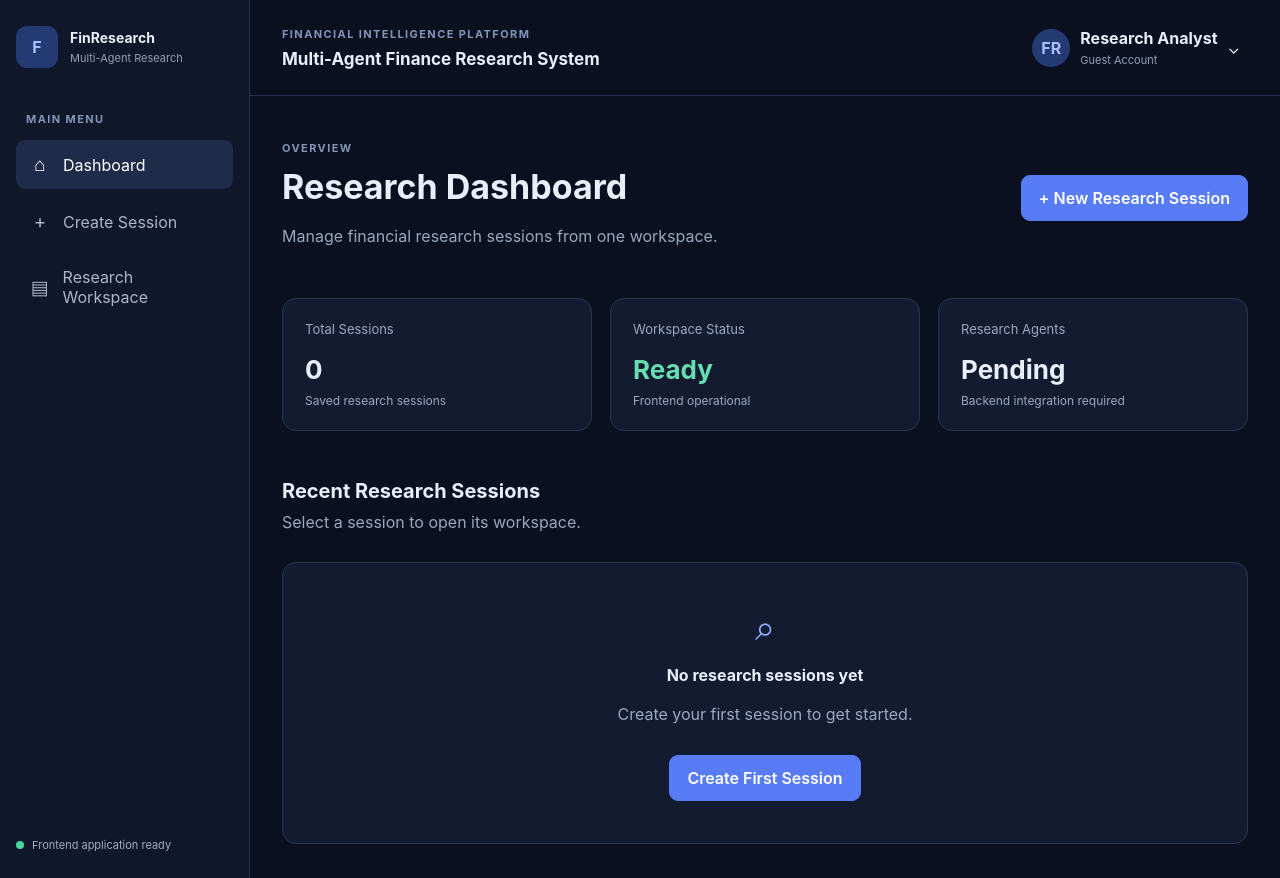
Repository: Divija538/multi-agent-financial-research-system
Page: /
The author's editor kept a copy of each file at every save. The page is drawn from the files as they stood at one save, then again after the next save.
The browser window is 1280 px wide. The pictures show the whole page.
The project was rebuilt for these pictures with package versions that can differ from the ones it lists, and the page was loaded fresh each time. Also part of the build but not shown: src/components/SessionCard.jsx, src/pages/CreateSession.jsx, src/pages/ResearchWorkspace.jsx.

Above is the page before, as saved 2026-10-15 16:54:13.

After the next save:
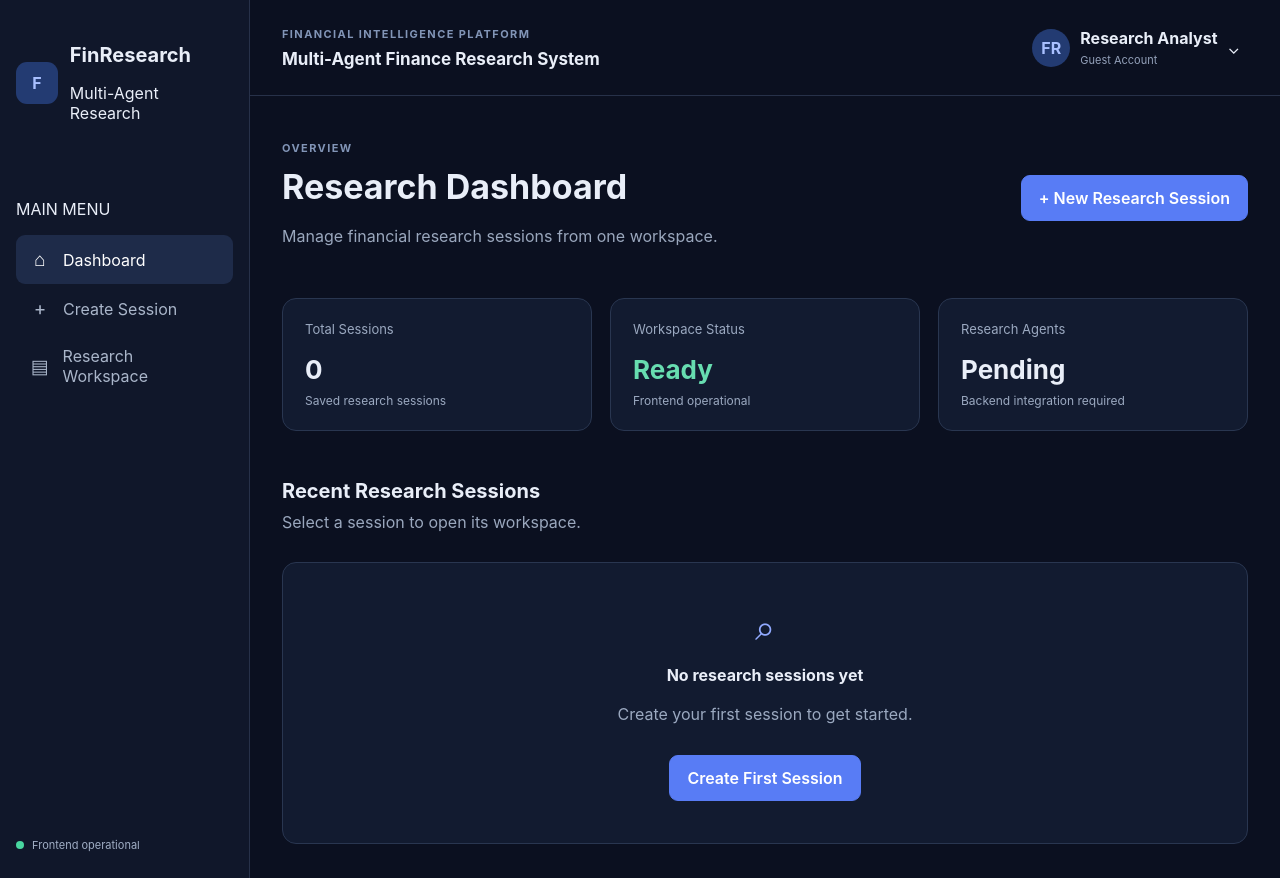
Saved 4 min 19 s later.
--- a/src/components/Sidebar.jsx
+++ b/src/components/Sidebar.jsx
@@ -3,7 +3,7 @@ import React from "react";
 const menuItems = [
   { label: "Dashboard", icon: "⌂" },
   { label: "Create Session", icon: "+" },
-  { label: "Research Workspace", icon: "▤" }
+  { label: "Research Workspace", icon: "▤" },
 ];
 
 export default function Sidebar({ activePage, setPage }) {
@@ -12,14 +12,14 @@ export default function Sidebar({ activePage, setPage }) {
       <div className="brand">
         <div className="brand-icon">F</div>
         <div>
-          <strong>FinResearch</strong>
-          <small>Multi-Agent Research</small>
+          <h2>FinResearch</h2>
+          <p>Multi-Agent Research</p>
         </div>
       </div>
 
-      <p className="menu-label">MAIN MENU</p>
+      <p className="menu-heading">MAIN MENU</p>
 
-      <nav className="sidebar-nav">
+      <nav className="navigation">
         {menuItems.map((item) => (
           <button
             key={item.label}
@@ -28,6 +28,9 @@ export default function Sidebar({ activePage, setPage }) {
               activePage === item.label ? "active" : ""
             }`}
             onClick={() => setPage(item.label)}
+            aria-current={
+              activePage === item.label ? "page" : undefined
+            }
           >
             <span className="nav-icon">{item.icon}</span>
             <span>{item.label}</span>
@@ -37,7 +40,7 @@ export default function Sidebar({ activePage, setPage }) {
 
       <div className="sidebar-footer">
         <span className="status-dot" />
-        Frontend application ready
+        Frontend operational
       </div>
     </aside>
   );
